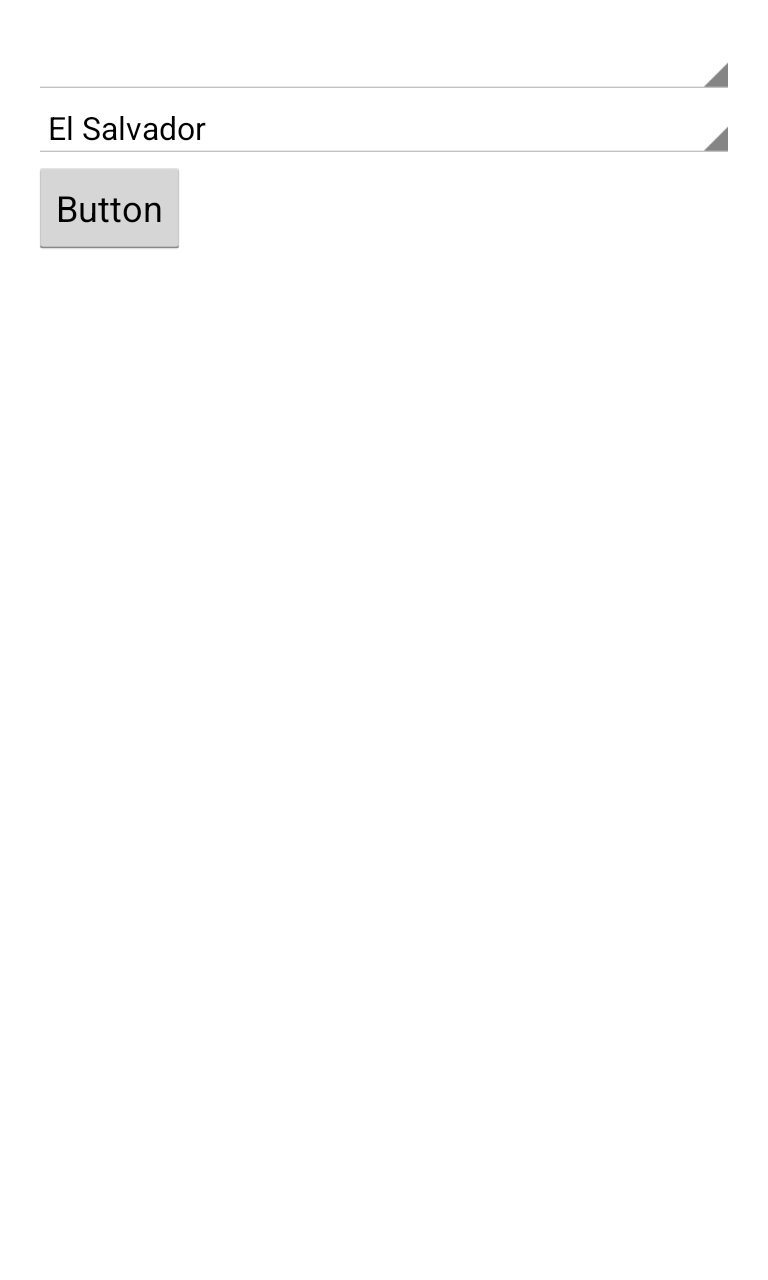
Repository: G3rcar/Android-I
Layout: Clase08Spinner/res/layout/activity_main.xml
The author's editor kept a copy of each file at every save. The layout is drawn from the files as they stood at one save, then again after the next save.
It is drawn on a 768 x 1280 px phone screen (xhdpi) without system bars, with theme AppTheme; the app's code is not run.

Above is the layout before, as saved 2013-11-06 13:18:08.

After the next save:
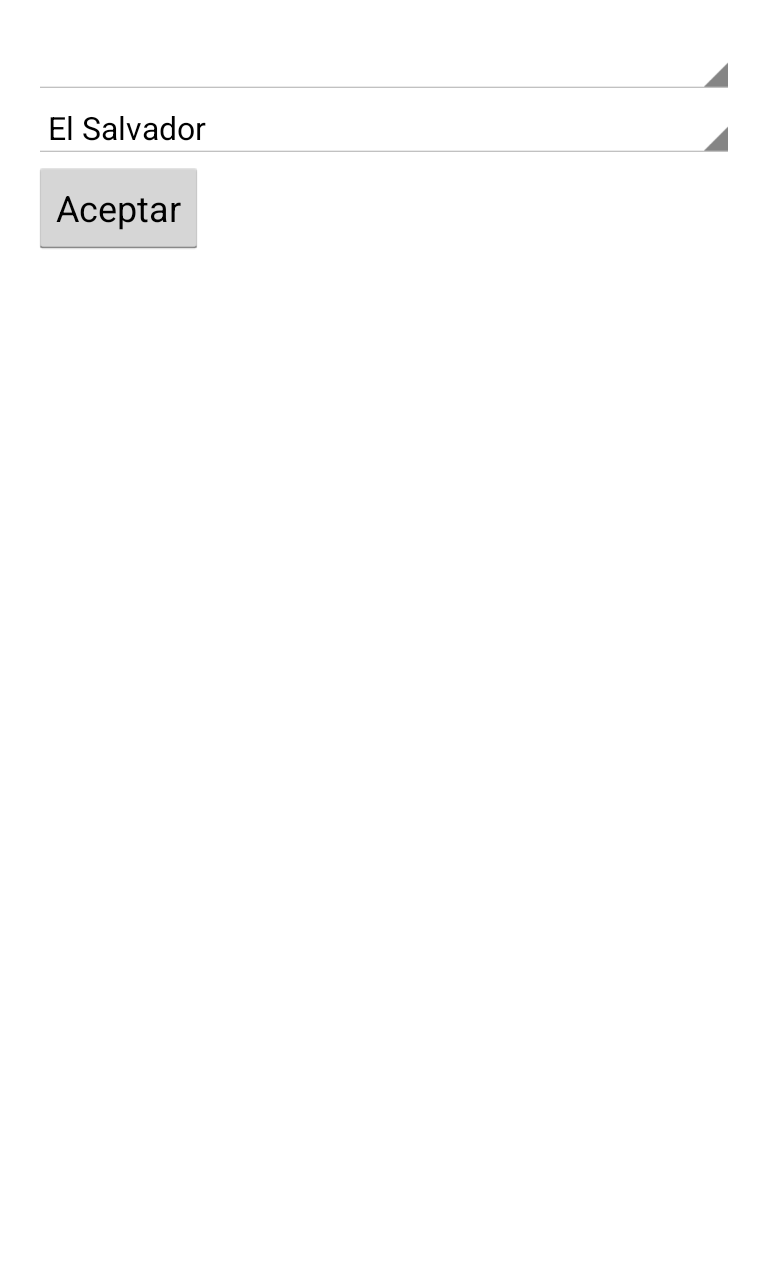
Saved 3 s later.
--- a/Clase08Spinner/res/layout/activity_main.xml
+++ b/Clase08Spinner/res/layout/activity_main.xml
@@ -28,6 +28,6 @@
         android:layout_width="wrap_content"
         android:layout_height="wrap_content"
         android:onClick="onClickOk"
-        android:text="Button" />
+        android:text="@string/lblOk" />
 
 </LinearLayout>
